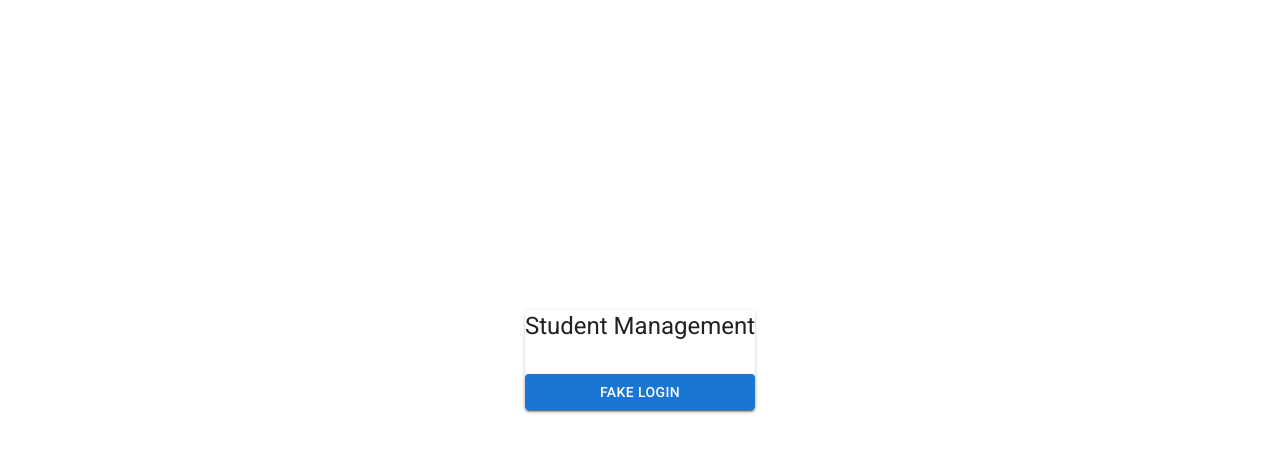
Repository: lethanhdat25/redux-saga
Page: /admin
The author's editor kept a copy of each file at every save. The page is drawn from the files as they stood at one save, then again after the next save.
The browser window is 1280 px wide. The pictures show the whole page.
The page's requests for data from a server got no answer. The project was rebuilt for these pictures with package versions that can differ from the ones it lists, and the page was loaded fresh each time. No one was signed in, and anything a server would have sent is missing. Also part of the build but not shown: src/components/Common/NotFound.tsx.

Above is the page before, as saved 2021-11-02 12:38:08.

After the next save:
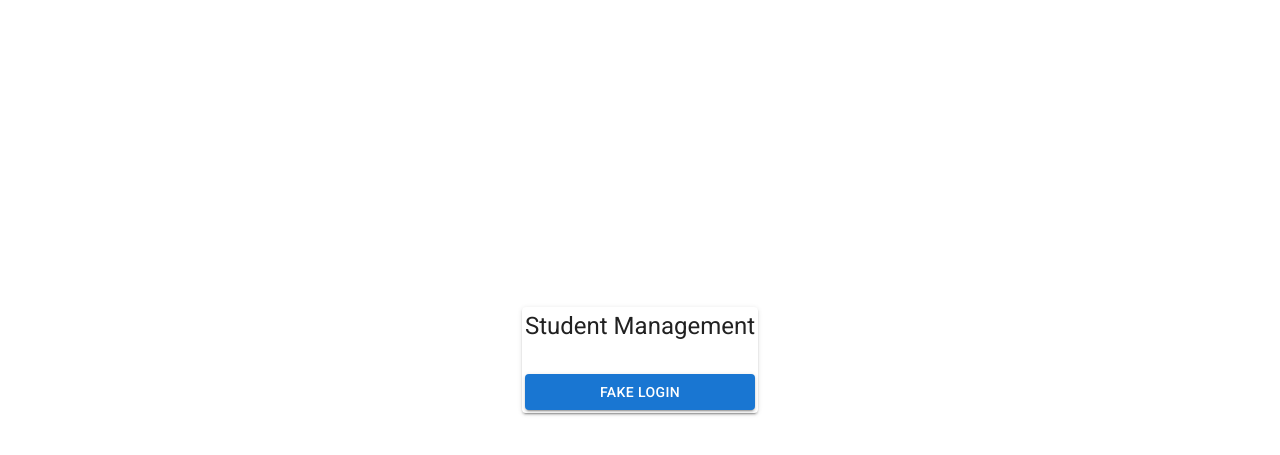
Saved 26 s later.
--- a/src/features/auth/pages/LoginPages.tsx
+++ b/src/features/auth/pages/LoginPages.tsx
@@ -10,7 +10,7 @@
     minHeight:'100vh'
   },
   box:{
-    padding:'3'
+    padding:3
   }
 }));
 export interface ILoginPageProps {
